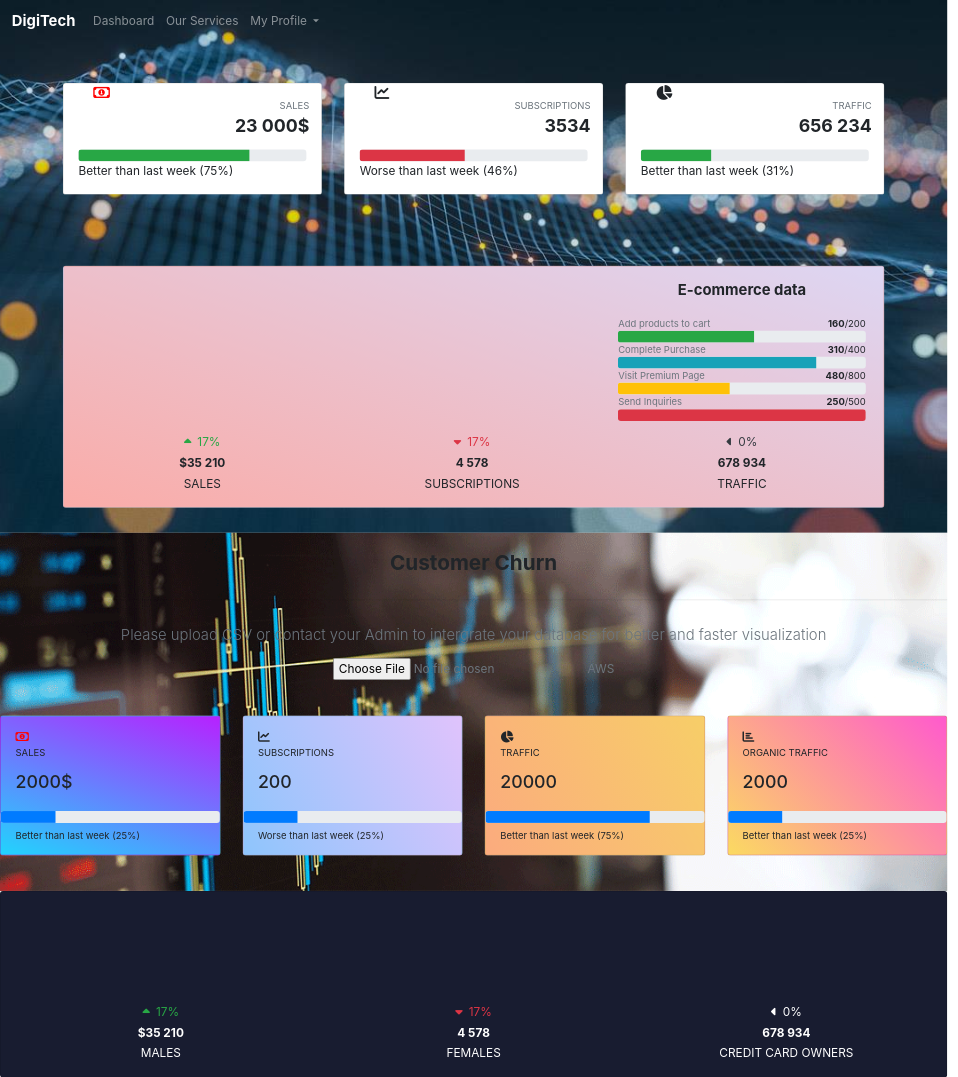
Repository: Tookliin/DigiTech
Page: /data
The author's editor kept a copy of each file at every save. The page is drawn from the files as they stood at one save, then again after the next save.
The browser window is 1280 px wide. The page is 1295 px wide, so the pictures cover 1295 px, including what lies to the right of the window. The pictures show the whole page, at 74% of full size.
The project was rebuilt for these pictures with package versions that can differ from the ones it lists, and the page was loaded fresh each time. Also part of the build but not shown: src/components/Dashboard.vue, src/components/Profile.vue, src/components/Error.vue, src/components/Register.vue.

Above is the page before, as saved 2020-07-22 08:30:49.

### src/main.js
import Vue from 'vue';
import App from './App.vue';
import VueRouter from 'vue-router';
// import 'bootstrap-icons';
// import 'bootstrap-icons/icons';
import 'jquery';
import 'popper.js';
import 'bootstrap';
import 'bootstrap/dist/css/bootstrap.min.css';
import './assets/css/main.css';
import '@fortawesome/fontawesome-free/css/all.min.css';
import 'bootstrap-css-only/css/bootstrap.min.css';
import Dashboard from './components/Dashboard.vue';
import Profile from './components/Profile';
import Error from './components/Error.vue';
import Register from './components/Register.vue';
import Organization from './components/Organization.vue';

Vue.use(VueRouter);
Vue.config.productionTip = false

const router = new VueRouter({
routes: [
  {path: '/', component: Dashboard},
  {path: '/profile', component: Profile},
  {path: '/register', component: Register},
  {path: '/data', component: Organization},
  {path: '*', component: Error}
],
mode: 'history'
});
new Vue({
  router,
  render: h => h(App)
}).$mount('#app');

### src/App.vue
<template>
  <div id="app">
    <main class="">
  <nav class="navbar fixed-top navbar-expand-lg navbar-dark scrolling-navbar">
        <a class="navbar-brand" href="/"><strong>DigiTech</strong></a>
        <button class="navbar-toggler" type="button" data-toggle="collapse" data-target="#navbarSupportedContent" aria-controls="navbarSupportedContent" aria-expanded="false" aria-label="Toggle navigation">
            <span class="navbar-toggler-icon"></span>
        </button>
        <div class="collapse navbar-collapse" id="navbarSupportedContent">
            <ul class="navbar-nav mr-auto">
              <router-link to="/">
              <a class="nav-link">Dashboard <span class="sr-only">(current)</span></a></router-link>

                <router-link to="/profile">
                  <a class="nav-link" >Our Services</a>
                </router-link>


                 <li class="nav-item dropdown">
          <a class="nav-link dropdown-toggle" id="navbarDropdownMenuLink-4" data-toggle="dropdown" aria-haspopup="true"
            aria-expanded="false">
           My Profile
          </a>
          <div class="dropdown-menu dropdown-menu-right dropdown-info" aria-labelledby="navbarDropdownMenuLink-4">
             <router-link to="/data">
             <a class="dropdown-item">Account</a></router-link>

             <router-link to="/register">
             <a class="dropdown-item">Register</a></router-link>

             <router-link to="/logout">
             <a class="dropdown-item">Log out</a></router-link>



            <!-- <a class="dropdown-item" href="/data">Our Clients</a> -->
          </div>
        </li>
            </ul>
        </div>
    </nav>
    </main>
    <router-view/>
  </div>
</template>
<script>
export default {
  name: "App",
  components:{

  },
  data(){
    return{}
  }
}
</script>

### src/assets/css/main.css
html,
body,
header,
.view {
  height: 100%;
}

.navbar {
    background-color: transparent;
}

@media (max-width: 740px) {
  html,
  body,
  header,
  .view {
    height: 1200px;
  }
}
@media (min-width: 800px) and (max-width: 850px) {
  html,
  body,
  header,
  .view {
    height: 700px;
  }
}

.top-nav-collapse {
  background-color: #39448c !important;
}

.navbar:not(.top-nav-collapse) {
  background: transparent !important;
}

@media (max-width: 991px) {
 .navbar:not(.top-nav-collapse) {
  background: #39448c !important;
 }
}

.far{
    color: red;
}

.dashboard{
    background-color: #21D4FD;
background-image: -webkit-linear-gradient(19deg, #21D4FD 0%, #B721FF 100%);
background-image: -moz-linear-gradient(19deg, #21D4FD 0%, #B721FF 100%);
background-image: -o-linear-gradient(19deg, #21D4FD 0%, #B721FF 100%);
background-image: linear-gradient(19deg, #21D4FD 0%, #B721FF 100%);
}

.profile{
background-color: #D9AFD9;
background-image: -webkit-linear-gradient(0deg, #D9AFD9 0%, #97D9E1 100%);
background-image: -moz-linear-gradient(0deg, #D9AFD9 0%, #97D9E1 100%);
background-image: -o-linear-gradient(0deg, #D9AFD9 0%, #97D9E1 100%);
background-image: linear-gradient(0deg, #D9AFD9 0%, #97D9E1 100%);

}


 .data{
    /* background-color: #FAACA8;
background-image: -webkit-linear-gradient(19deg, #FAACA8 0%, #DDD6F3 100%);
background-image: -moz-linear-gradient(19deg, #FAACA8 0%, #DDD6F3 100%);
background-image: -o-linear-gradient(19deg, #FAACA8 0%, #DDD6F3 100%);
background-image: linear-gradient(19deg, #FAACA8 0%, #DDD6F3 100%); */
background-image: url("../images/dsa.jpg");
background-position: center;
background-size: cover;;

 }

 .client-card{
     background-color: #FAACA8;
background-image: -webkit-linear-gradient(19deg, #FAACA8 0%, #DDD6F3 100%);
background-image: -moz-linear-gradient(19deg, #FAACA8 0%, #DDD6F3 100%);
background-image: -o-linear-gradient(19deg, #FAACA8 0%, #DDD6F3 100%);
background-image: linear-gradient(19deg, #FAACA8 0%, #DDD6F3 100%);
 }

 .customer-churn{
     /* background-attachment: fixed; */
     background-image: url("../images/ad.gif");
     background-position: center;
     background-size: cover;;
 }
.sales{
    background-color: #21D4FD;
    background-image: -webkit-linear-gradient(19deg, #21D4FD 0%, #B721FF 100%);
    background-image: -moz-linear-gradient(19deg, #21D4FD 0%, #B721FF 100%);
    background-image: -o-linear-gradient(19deg, #21D4FD 0%, #B721FF 100%);
    background-image: linear-gradient(19deg, #21D4FD 0%, #B721FF 100%);
}

.subscription{
    background-color: #8EC5FC;
    background-image: -webkit-linear-gradient(62deg, #8EC5FC 0%, #E0C3FC 100%);
    background-image: -moz-linear-gradient(62deg, #8EC5FC 0%, #E0C3FC 100%);
    background-image: -o-linear-gradient(62deg, #8EC5FC 0%, #E0C3FC 100%);
    background-image: linear-gradient(62deg, #8EC5FC 0%, #E0C3FC 100%);

}

.traffic{
    background-color: #FBAB7E;
    background-image: -webkit-linear-gradient(62deg, #FBAB7E 0%, #F7CE68 100%);
    background-image: -moz-linear-gradient(62deg, #FBAB7E 0%, #F7CE68 100%);
    background-image: -o-linear-gradient(62deg, #FBAB7E 0%, #F7CE68 100%);
    background-image: linear-gradient(62deg, #FBAB7E 0%, #F7CE68 100%);

}

.organic{
    background-color: #FBDA61;
    background-image: -webkit-linear-gradient(45deg, #FBDA61 0%, #FF5ACD 100%);
    background-image: -moz-linear-gradient(45deg, #FBDA61 0%, #FF5ACD 100%);
    background-image: -o-linear-gradient(45deg, #FBDA61 0%, #FF5ACD 100%);
    background-image: linear-gradient(45deg, #FBDA61 0%, #FF5ACD 100%);

}

### src/components/Organization.vue
<template>

<div class="">
<div class="data" style="height: 100vh;">

<div class="container ">
    <div class="row">
      <div class="col-lg-4 col-md-12 py-5 my-5">
        <div class="card mt-3">

          <div class="">
            <i class="far fa-money-bill-alt fa-lg primary-color z-depth-2 p-4 ml-3 mt-n3 rounded text-black"></i>
            <div class="float-right text-right p-3">
              <p class="text-uppercase text-muted mb-1"><small>sales</small></p>
              <h4 class="font-weight-bold mb-0">23 000$</h4>
            </div>
          </div>

          <div class="card-body pt-0">
            <div class="progress md-progress">
              <div class="progress-bar bg-success" role="progressbar" style="width: 75%" aria-valuenow="75" aria-valuemin="0"
                aria-valuemax="100"></div>
            </div>
            <p class="card-text">Better than last week (75%)</p>
          </div>
        </div>
      </div>

      <div class="col-lg-4 col-md-6 my-5 py-5">
        <div class="card mt-3">
          <div class="">
            <i class="fas fa-chart-line fa-lg teal z-depth-2 p-4 ml-3 mt-n3 rounded text-black"></i>
            <div class="float-right text-right p-3">
              <p class="text-uppercase text-muted mb-1"><small>subscriptions</small></p>
              <h4 class="font-weight-bold mb-0">3534</h4>
            </div>
          </div>
          <div class="card-body pt-0">
            <div class="progress md-progress">
              <div class="progress-bar bg-danger" role="progressbar" style="width: 46%" aria-valuenow="46" aria-valuemin="0"
                aria-valuemax="100"></div>
            </div>
            <p class="card-text">Worse than last week (46%)</p>
          </div>
        </div>
      </div>

      <div class="col-lg-4 col-md-6 my-5 py-5">
        <div class="card mt-3">
          <div class="">
            <i class="fas fa-chart-pie fa-lg purple z-depth-2 p-4 ml-3 mt-n3 rounded text-black"></i>
            <div class="float-right text-right p-3">
              <p class="text-uppercase text-muted mb-1"><small>traffic</small></p>
              <h4 class="font-weight-bold mb-0">656 234</h4>
            </div>
          </div>
          <div class="card-body pt-0">
            <div class="progress md-progress">
              <div class="progress-bar bg-success" role="progressbar" style="width: 31%" aria-valuenow="31" aria-valuemin="0"
                aria-valuemax="100"></div>
            </div>
            <p class="card-text">Better than last week (31%)</p>
          </div>
        </div>
      </div>
    </div>


    <!-- Client Behaviour -->
 <section>
      <div class=" client-card card">
        <div class="card-body mr-md-1">
          <div class="row mb-3">
            <div class="col-md-8 mb-4">
              <canvas id="barChart" height="100"></canvas>
            </div>
            <div class="col-md-4 mb-1 mb-md-0">
              <h5 class="text-center font-weight-bold mb-4">E-commerce data</h5>
              <div class="d-flex justify-content-between">
                <small class="text-muted">Add products to cart</small>
                <small><span><strong>160</strong></span>/<span></span>200</small>
              </div>
              <div class="progress md-progress">
                <div class="progress-bar bg-success" role="progressbar" style="width: 55%" aria-valuenow="55"
                  aria-valuemin="0" aria-valuemax="100"></div>
              </div>
              <div class="d-flex justify-content-between">
                <small class="text-muted">Complete Purchase</small>
                <small><span><strong>310</strong></span>/<span></span>400</small>
              </div>
              <div class="progress md-progress">
                <div class="progress-bar bg-info" role="progressbar" style="width: 80%" aria-valuenow="80"
                  aria-valuemin="0" aria-valuemax="100"></div>
              </div>
              <div class="d-flex justify-content-between">
                <small class="text-muted">Visit Premium Page</small>
                <small><span><strong>480</strong></span>/<span></span>800</small>
              </div>
              <div class="progress md-progress">
                <div class="progress-bar bg-warning" role="progressbar" style="width: 45%" aria-valuenow="45"
                  aria-valuemin="0" aria-valuemax="100"></div>
              </div>
              <div class="d-flex justify-content-between">
                <small class="text-muted">Send Inquiries</small>
                <small><span><strong>250</strong></span>/<span></span>500</small>
              </div>
              <div class="progress md-progress">
                <div class="progress-bar bg-danger" role="progressbar" style="width: 100%" aria-valuenow="100"
                  aria-valuemin="0" aria-valuemax="100"></div>
              </div>
            </div>
          </div>
          <div class="row text-center">
            <div class="col-md-4 mb-4 mb-md-0">
              <p class="text-success mb-1"><i class="fas fa-caret-up mr-2"></i>17%</p>
              <p class="font-weight-bold mb-1">$35 210</p>
              <p class="text-uppercase mb-md-0">Sales</p>
            </div>
            <div class="col-md-4 mb-4 mb-md-0">
              <p class="text-danger mb-1"><i class="fas fa-caret-down mr-2"></i>17%</p>
              <p class="font-weight-bold mb-1">4 578</p>
              <p class="text-uppercase mb-md-0">Subscriptions</p>
            </div>
            <div class="col-md-4 mb-0">
              <p class="text-dark mb-1"><i class="fas fa-caret-left mr-2"></i>0%</p>
              <p class="font-weight-bold mb-1">678 934</p>
              <p class="text-uppercase mb-0">Traffic</p>
            </div>
          </div>
        </div>
      </div>
    </section>
    </div>
    </div>

<!-- Customer Churn -->
<section class=" customer-churn py-4">

    <h3 class="font-weight-bold text-center dark-grey-text pb-2">
        Customer Churn</h3>
    <hr class="w-header my-4">
    <p class="lead text-center text-muted pt-2 mb-3">Please upload CSV or contact your Admin to intergrate your database for better and faster visualization

    </p>
    <div class="text-center text-muted mb-5">
        <input type="file" name="form" id="form">
        <a class="primary-color">AWS</a>
    </div>


    <div class="row white-text">
      <div class="col-xl-3 col-md-6 mb-4">
        <div class="sales card classic-admin-card primary-color">
          <div class="card-body py-3">
            <i class="far fa-money-bill-alt"></i>
            <p class="small">SALES</p>
            <h4>2000$</h4>
          </div>
          <div class="progress md-progress">
            <div class="progress-bar grey darken-3" role="progressbar" style="width: 25%" aria-valuenow="25" aria-valuemin="0" aria-valuemax="100"></div>
          </div>
          <div class="card-body pt-2 pb-3">
            <p class="small mb-0">Better than last week (25%)</p>
          </div>
        </div>
      </div>

      <div class="col-xl-3 col-md-6 mb-4">
        <div class="subscription card classic-admin-card warning-color">
          <div class="card-body py-3">
            <i class="fas fa-chart-line"></i>
            <p class="small">SUBSCRIPTIONS</p>
            <h4>200</h4>
          </div>
          <div class="progress md-progress">
            <div class="progress-bar bg grey darken-3" role="progressbar" style="width: 25%" aria-valuenow="25" aria-valuemin="0" aria-valuemax="100"></div>
          </div>
          <div class="card-body pt-2 pb-3">
            <p class="small mb-0">Worse than last week (25%)</p>
          </div>
        </div>
      </div>

      <div class="col-xl-3 col-md-6 mb-4">
        <div class="traffic card classic-admin-card light-blue lighten-1">
          <div class="card-body py-3">
            <i class="fas fa-chart-pie"></i>
            <p class="small">TRAFFIC</p>
            <h4>20000</h4>
          </div>
          <div class="progress md-progress">
            <div class="progress-bar grey darken-3" role="progressbar" style="width: 75%" aria-valuenow="75" aria-valuemin="0" aria-valuemax="100"></div>
          </div>
          <div class="card-body pt-2 pb-3">
            <p class="small mb-0">Better than last week (75%)</p>
          </div>
        </div>
      </div>

      <div class="col-xl-3 col-md-6 mb-4">
        <div class="organic card classic-admin-card red accent-2">
          <div class="card-body py-3">
            <i class="fas fa-chart-bar"></i>
            <p class="small">ORGANIC TRAFFIC</p>
            <h4>2000</h4>
          </div>
          <div class="progress md-progress">
            <div class="progress-bar grey darken-3" role="progressbar" style="width: 25%" aria-valuenow="25" aria-valuemin="0" aria-valuemax="100"></div>
          </div>
          <div class="card-body pt-2 pb-3">
            <p class="small mb-0">Better than last week (25%)</p>
          </div>
        </div>
      </div>
    </div>
  </section>


   <section>

    <div class="card" style="background-color: #181C30;">
      <div class="card-body">

        <canvas id="lineChart" class="mb-4" height="100"></canvas>

        <!--Grid row-->
        <div class="row text-center text-white">

          <!--Grid column-->
          <div class="col-md-4 mb-4 mb-md-0">

            <p class="text-success mb-1"><i class="fas fa-caret-up mr-2"></i>17%</p>
            <p class="font-weight-bold mb-1">$35 210</p>
            <p class="text-uppercase mb-md-0">Males</p>

          </div>
          <!--Grid column-->

          <!--Grid column-->
          <div class="col-md-4 mb-4 mb-md-0">

            <p class="text-danger mb-1"><i class="fas fa-caret-down mr-2"></i>17%</p>
            <p class="font-weight-bold mb-1">4 578</p>
            <p class="text-uppercase mb-md-0">Females</p>

          </div>
          <!--Grid column-->

          <!--Grid column-->
          <div class="col-md-4 mb-0">

            <p class="text-grey mb-1"><i class="fas fa-caret-left mr-2"></i>0%</p>
            <p class="font-weight-bold mb-1">678 934</p>
            <p class="text-uppercase mb-0">Credit Card Owners</p>
          </div>
        </div>
      </div>
    </div>
  </section>


    </div>
</template>
<script>
export default {
    name: 'Profile',
    props:{


    }, data() {
        return {
            male: 8137,
            labels: ["Red", "Blue", "Yellow", "Green", "Purple", "Orange"],




        }
    },
    mounted() {

    this.ctxB = document.getElementById("barChart").getContext('2d');
    this.myBarChart =  {
      type: 'bar',
      data: {
        labels: ["Red", "Blue", "Yellow", "Green", "Purple", "Orange"],
        datasets: [{
          label: '# of Votes',
          data: [12, 19, 3, 5, 2, 3],
          backgroundColor: [
            'rgba(255, 99, 132, 0.2)',
            'rgba(54, 162, 235, 0.2)',
            'rgba(255, 206, 86, 0.2)',
            'rgba(75, 192, 192, 0.2)',
            'rgba(153, 102, 255, 0.2)',
            'rgba(255, 159, 64, 0.2)'
          ],
          borderColor: [
            'rgba(255,99,132,1)',
            'rgba(54, 162, 235, 1)',
            'rgba(255, 206, 86, 1)',
            'rgba(75, 192, 192, 1)',
            'rgba(153, 102, 255, 1)',
            'rgba(255, 159, 64, 1)'
          ],
          borderWidth: 1
        }]
      },
      options: {
        scales: {
          yAxes: [{
            ticks: {
              beginAtZero: true
            }
          }]
        }
      }
    };
    },
    methods: {

    },
}
</script>

Loaded but not shown: public/index.html (common file)

After the next save:
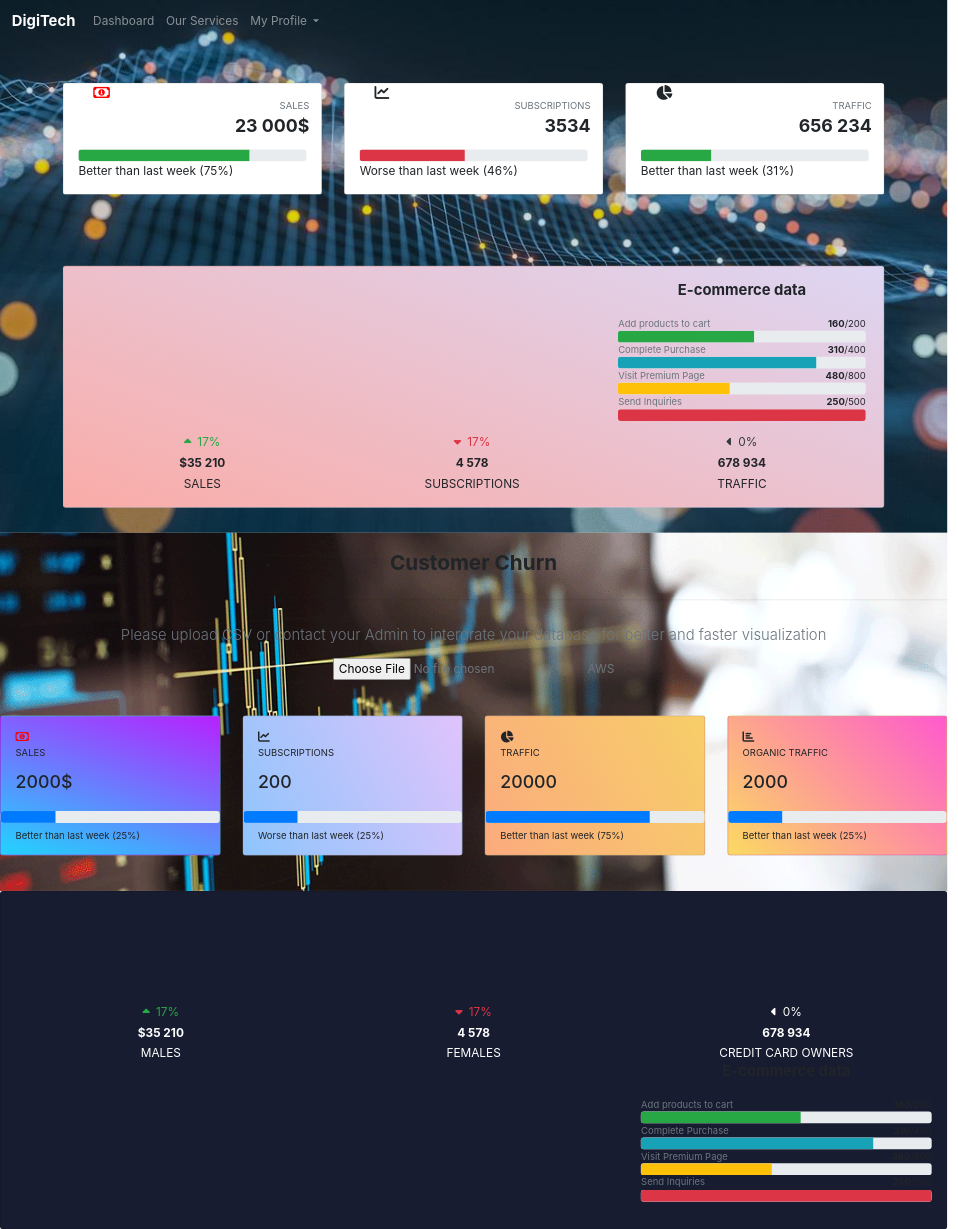
Saved 2 min 25 s later.
--- a/src/components/Organization.vue
+++ b/src/components/Organization.vue
@@ -254,6 +254,46 @@
             <p class="text-uppercase mb-0">Credit Card Owners</p>
           </div>
         </div>
+             <div class="row mb-3">
+            <div class="col-md-8 mb-4">
+              <canvas id="barChart" height="100"></canvas>
+            </div>
+            <div class="col-md-4 mb-1 mb-md-0">
+              <h5 class="text-center font-weight-bold mb-4">E-commerce data</h5>
+              <div class="d-flex justify-content-between">
+                <small class="text-muted">Add products to cart</small>
+                <small><span><strong>160</strong></span>/<span></span>200</small>
+              </div>
+              <div class="progress md-progress">
+                <div class="progress-bar bg-success" role="progressbar" style="width: 55%" aria-valuenow="55"
+                  aria-valuemin="0" aria-valuemax="100"></div>
+              </div>
+              <div class="d-flex justify-content-between">
+                <small class="text-muted">Complete Purchase</small>
+                <small><span><strong>310</strong></span>/<span></span>400</small>
+              </div>
+              <div class="progress md-progress">
+                <div class="progress-bar bg-info" role="progressbar" style="width: 80%" aria-valuenow="80"
+                  aria-valuemin="0" aria-valuemax="100"></div>
+              </div>
+              <div class="d-flex justify-content-between">
+                <small class="text-muted">Visit Premium Page</small>
+                <small><span><strong>480</strong></span>/<span></span>800</small>
+              </div>
+              <div class="progress md-progress">
+                <div class="progress-bar bg-warning" role="progressbar" style="width: 45%" aria-valuenow="45"
+                  aria-valuemin="0" aria-valuemax="100"></div>
+              </div>
+              <div class="d-flex justify-content-between">
+                <small class="text-muted">Send Inquiries</small>
+                <small><span><strong>250</strong></span>/<span></span>500</small>
+              </div>
+              <div class="progress md-progress">
+                <div class="progress-bar bg-danger" role="progressbar" style="width: 100%" aria-valuenow="100"
+                  aria-valuemin="0" aria-valuemax="100"></div>
+              </div>
+            </div>
+          </div>
       </div>
     </div>
   </section>
